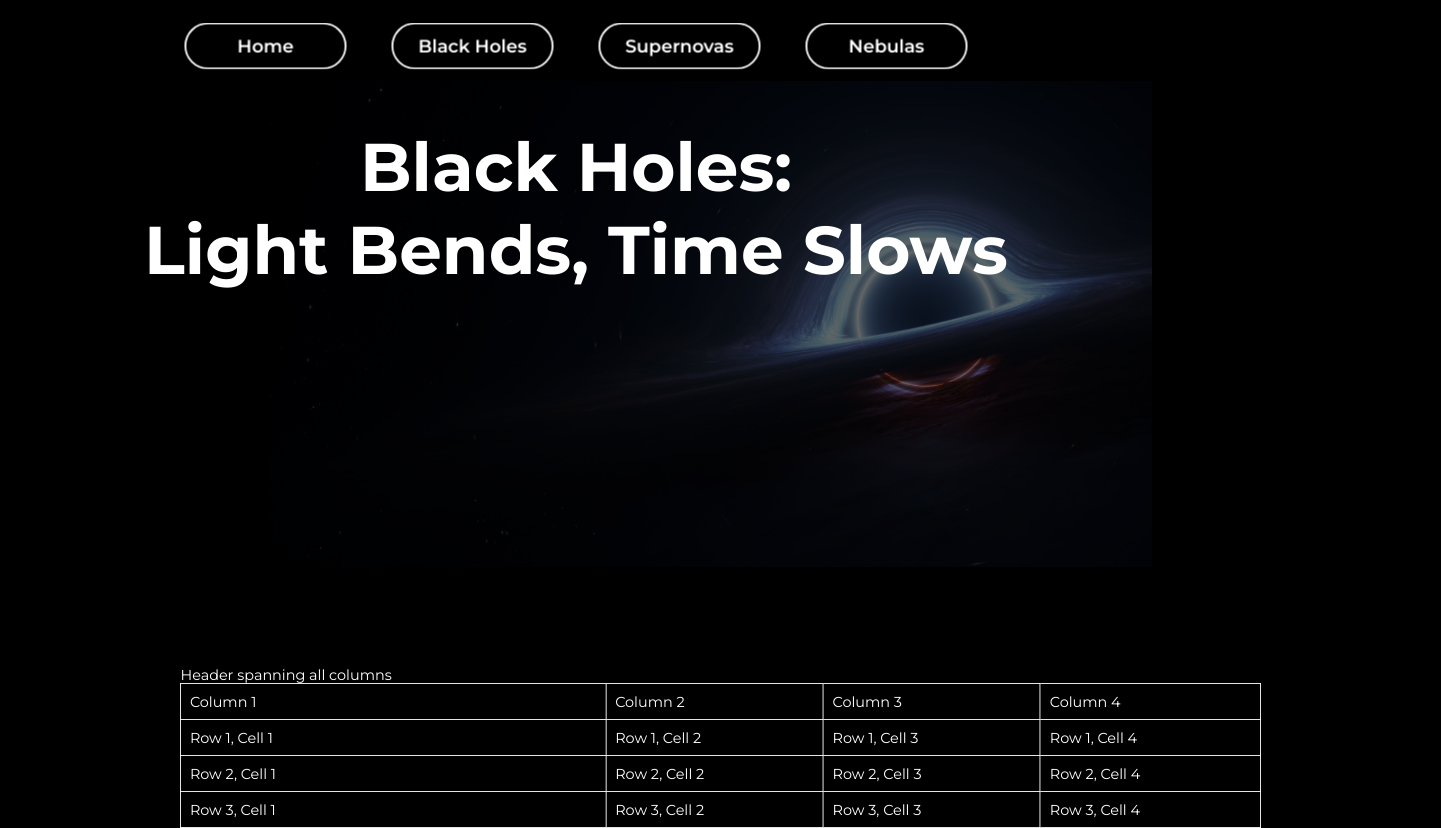
Repository: english-only/Space-Website
Page: black_hole.html
These files come from the project's save history. The page is drawn as it stood at one moment and after the next save; the edit follows.
The browser window is 1280 px wide. The page is 1401 px wide, then 1601 px, so the pictures cover 1601 px, including what lies to the right of the window. The pictures show the whole page, at 90% of full size.
Backgrounds fixed to the window are drawn as part of the page.

Above is the page before, as saved 2024-12-16 09:54:41.

### black_hole.html
<!DOCTYPE html>
<html lang="en">
  <head>
    <meta charset="utf-8" />
    <meta http-equiv="X-UA-Compatible" content="IE=edge" />
    <title>Welcome to Space</title>
    <meta name="viewport" content="width=device-width, initial-scale=1" />
    <link rel="stylesheet" type="text/css" media="screen" href="main.css" />
  </head>
  <body>
    <div class="background-2 fade-in"></div>
    <div class="wrapper fade-in">
      <nav class="navbar fade-in">
        <a href="index.html"
          ><button class="nav-button fade-in">Home</button></a
        >
        <a href="black_hole.html"
          ><button class="nav-button fade-in">Black Holes</button></a
        >
        <a href="supernovas.html"
          ><button class="nav-button fade-in">Supernovas</button></a
        >
        <a href="nebulas.html"
          ><button class="nav-button fade-in">Nebulas</button></a
        >
      </nav>
      <div class="page-2-hero fade-in">
        <h2>Black Holes:<br />Light Bends, Time Slows</h2>
      </div>
    </div>
    <div class="table">
      <div class="row">
        <div class="span-all">Header spanning all columns</div>
      </div>
      <div class="row">
        <div class="cell header">Column 1</div>
        <div class="cell header">Column 2</div>
        <div class="cell header">Column 3</div>
        <div class="cell header">Column 4</div>
      </div>
      <div class="row">
        <div class="cell">Row 1, Cell 1</div>
        <div class="cell">Row 1, Cell 2</div>
        <div class="cell">Row 1, Cell 3</div>
        <div class="cell">Row 1, Cell 4</div>
      </div>
      <div class="row">
        <div class="cell">Row 2, Cell 1</div>
        <div class="cell">Row 2, Cell 2</div>
        <div class="cell">Row 2, Cell 3</div>
        <div class="cell">Row 2, Cell 4</div>
      </div>
      <div class="row">
        <div class="cell">Row 3, Cell 1</div>
        <div class="cell">Row 3, Cell 2</div>
        <div class="cell">Row 3, Cell 3</div>
        <div class="cell">Row 3, Cell 4</div>
      </div>
    </div>
  </body>
</html>

### main.css
@import url('https://fonts.googleapis.com/css2?family=Montserrat:ital,wght@0,100..900;1,100..900&display=swap');
@keyframes fadeIn {
  from {
    opacity: 0;
  }
  to {
    opacity: 1;
  }
}

/* Fade-in class to be used on elements */
.fade-in {
  opacity: 0; /* Start invisible */
  animation: fadeIn 1s ease-in forwards; /* Apply fade-in animation */
}
body,
html {
  /* Ensure the body and html take full height */
  height: 100%;
  margin: 0;
  font-family: 'Montserrat';
  font-weight: 400;
  color: white;
}

body {
  /* Set a fallback background color */
  background-color: black;
}

.background {
  background-attachment: fixed;
  background-image: url('essay-gettyimages-1237093074.webp');
  background-size: cover;
  background-position: center;
  background-repeat: no-repeat;
  position: fixed; /* Keep background fixed while scrolling */
  height: 100vh;
  width: 100%;
  filter: brightness(25%);
  top: 0;
  left: 0;
  z-index: -10;
}

.wrapper {
  display: flex;
  flex-direction: column;
  justify-content: flex-start; /* Align items to the top */
  align-items: center; /* Center items horizontally */
  height: 100vh;
  position: relative;
  padding-top: 20px;
  opacity: 0; /* Start invisible */
  animation: fadeIn 0.5s ease-in forwards; /* Apply fade-in animation */
}

.navbar {
  display: flex;
  gap: 50px;
  margin-top: 5px; /* Adjust as needed for spacing from the top */
}

.nav-button {
  padding: 12px 20px;
  border: 2px solid white;
  background-color: rgba(0, 0, 0, 0.5);
  color: white;
  font-size: 16px;
  cursor: pointer;
  transition: background-color 0.3s, color 0.3s;
  font-family: 'Red Hat Display';
  font-weight: 600;
  font-size: 20px;
  width: 180px;
  border-radius: 800px;
  font-family: Montserrat;
}

.nav-button:hover {
  background-color: white;
  color: black;
}

.hero-text {
  color: white;
  font-size: 50px;
  font-weight: 700;
  text-align: center;
  padding: 0; /* Remove padding to minimize hover area */
  display: inline-block; /* Restrict hover area to text content */
  transition: text-shadow 0.3s ease-in-out, transform 0.3s ease-in-out; /* Smooth transition */
}

.hero-text:hover {
  text-shadow: 3px 4px 3px rgba(255, 255, 255, 0.7); /* White shadow */
  transform: translateY(-10px); /* Raised effect */
}

@keyframes fadeInOut {
  0% {
    opacity: 0.5;
  }
  50% {
    opacity: 1;
  }
  100% {
    opacity: 0.5;
  }
}

.card-wrapper {
  display: flex;
  flex-direction: column; /* Stack cards vertically */
  align-items: center; /* Center cards horizontally */
  margin-top: 50px; /* Adjusts space from the top */
}

.row {
  display: flex;
  gap: 650px; /* Space between the cards */
  justify-content: center; /* Center the row */
  align-items: flex-start; /* Align cards to the top */
}

.black_hole {
  margin-left: -100px; /* Move the Black Holes card to the left */
  width: 500px;
}

.black_hole a {
  margin-left: 110px;
}

.cards {
  font-size: 25px;
  color: white;
  margin-left: 20px; /* Adds space to the left */
  box-sizing: border-box;
  position: relative;
  top: -450px; /* Moves the element upwards */
  margin-left: -20px;
  text-align: center;
}

.cards a {
  color: white;
  text-decoration: none;
  border: white 2px solid;
  display: inline-block;
  text-align: center;
  box-sizing: border-box;
  padding: 6px 20px;
  line-height: normal;
  transition: text-shadow 0.3s ease-in-out, transform 0.3s ease-in-out,
    background-color 0.3s ease-in-out, color 0.3s ease-in-out;
  border-radius: 600px;
}

.cards a:hover {
  text-shadow: 2px 2px 5px rgba(255, 255, 255, 0.7);
  transform: translateY(-5px);
  background-color: rgb(223, 223, 223);
  color: black;
}

.cards a h3 {
  margin: 0;
  padding: 0;
}

.cards p {
  margin-top: 15px;
  width: 600px; /* Adjust width to fit within card */
}

.cards p:hover {
  text-shadow: 2px 2px 5px rgba(255, 255, 255, 0.6);
  transform: translateY(-5px);
  transition: text-shadow 0.3s ease-in-out, transform 0.3s ease-in-out;
}

.nebula-card {
  margin-top: 100px;
}

.nebula-card a {
  justify-content: center;
  align-items: center;
  margin-left: 40px;
}

.nebula-card p {
  text-align: left;
  text-wrap: pretty;
  text-align: left; /* Align text to the left */
  width: 100%; /* Ensure the card takes the full width */
  margin-left: 100px;
  margin-right: 200px;
  max-width: 1750px;
  text-align: center; /* Align text to the center */
}

.videos {
  margin-top: -190px; /* Adjust the space below the Nebula card */
  text-align: center;
  width: 100%; /* Ensure it takes the full width */
  text-decoration: underline;
}

.videos h2 {
  position: relative; /* Ensure the text is positioned in normal flow */
  z-index: 1; /* Make sure it's above other content */
  pointer-events: auto; /* Allow text selection */
  overflow: visible; /* Ensure text is not clipped */
}

.video-links {
  display: grid;
  grid-template-columns: repeat(3, 400px); /* 3 columns, each 400px wide */
  grid-template-rows: repeat(2, 400px); /* 3 rows, each 400px tall */
  gap: 100px; /* Space between grid items */
  justify-content: center; /* Center the grid horizontally within the container */
  align-items: center; /* Center the grid items vertically */
  margin-top: -120px; /* Space above the grid (adjust this to decrease the gap) */
  margin-left: 160px;
}

.button-container {
  display: contents; /* Ensure buttons are placed directly in the grid */
}

.button-container a {
  display: block; /* Ensure buttons occupy full width of their grid cell */
  width: 200px; /* Full width of the grid cell */
  text-align: center;
  color: white;
  font-size: 20px;
  text-decoration: none; /* Remove underline */
  border: 2px solid white;
  padding: 8px 12px;
  border-radius: 600px;
  height: 30px;
  transition: background-color 0.3s, color 0.3s;
  margin-bottom: 10px; /* Decrease the space between the buttons and the text below */
}

.button-container a:hover {
  background-color: white;
  color: black;
  text-decoration: underline;
  font-weight: 500;
}

.images {
  display: contents; /* Ensure images are placed directly in the grid */
}

.black-hole-image,
.supernova-image,
.nebula-image {
  width: 100%; /* Full width of the grid cell */
  border: 2px solid white;
  border-radius: 20px;
  margin-top: -630px; /* Decrease the space between the images and the buttons above */
  margin-left: -10px;
}

.black-hole-image {
  width: 100%; /* Full width of the grid cell */
  border: 2px solid white;
  border-radius: 20px;
  margin-top: -630px; /* Decrease the space between the images and the buttons above */
  margin-left: -95px;
}

.supernova-image {
  width: 100%; /* Full width of the grid cell */
  border: 2px solid white;
  border-radius: 20px;
  margin-top: -630px; /* Decrease the space between the images and the buttons above */
  margin-left: -95px;
}

.nebula-image {
  height: 270px;
  width: auto;
  border: 2px solid white;
  border-radius: 20px;
  margin-top: -630px; /* Decrease the space between the images and the buttons above */
  margin-left: -125px;
}

/* page 2 from below */
.background-2 {
  background-attachment: fixed;
  background-image: url('thumb-1920-1346075.png');
  background-size: contain;
  background-position: 300px;
  background-repeat: no-repeat;
  position: fixed; /* Keep background fixed while scrolling */
  height: 100vh;
  width: 100%;
  filter: brightness(40%);
  z-index: -1; /* Place the background behind other content */
}

.page-2-hero {
  color: white;
  font-size: 50px;
  font-weight: 700;
  text-align: center;
  padding: 0; /* Remove padding to minimize hover area */
  display: inline-block; /* Restrict hover area to text content */
  transition: text-shadow 0.3s ease-in-out, transform 0.3s ease-in-out; /* Smooth transition */
}

.page-2-hero:hover {
  text-shadow: 3px 4px 3px rgba(255, 255, 255, 0.7); /* White shadow */
  transform: translateY(-10px); /* Raised effect */
}
/* table */
.table {
  display: table;
  width: 1200px;
  border-collapse: collapse;
  margin-left: 200px;
}

.header-row {
  display: table-row;
}

.header-cell {
  display: table-cell;
  background-color: #f0f0f0;
  text-align: center;
  font-weight: bold;
  padding: 10px;
  border: 3px solid #000;
  grid-column: 1 / -1; /* Spans all columns */
  column-span: all;
}

.row {
  display: table-row;
}

.cell {
  display: table-cell;
  border: 1px solid #ffffff;
  padding: 10px;
}

@keyframes fadeIn {
  from {
    opacity: 0;
  }
  to {
    opacity: 1;
  }
}

After the next save:
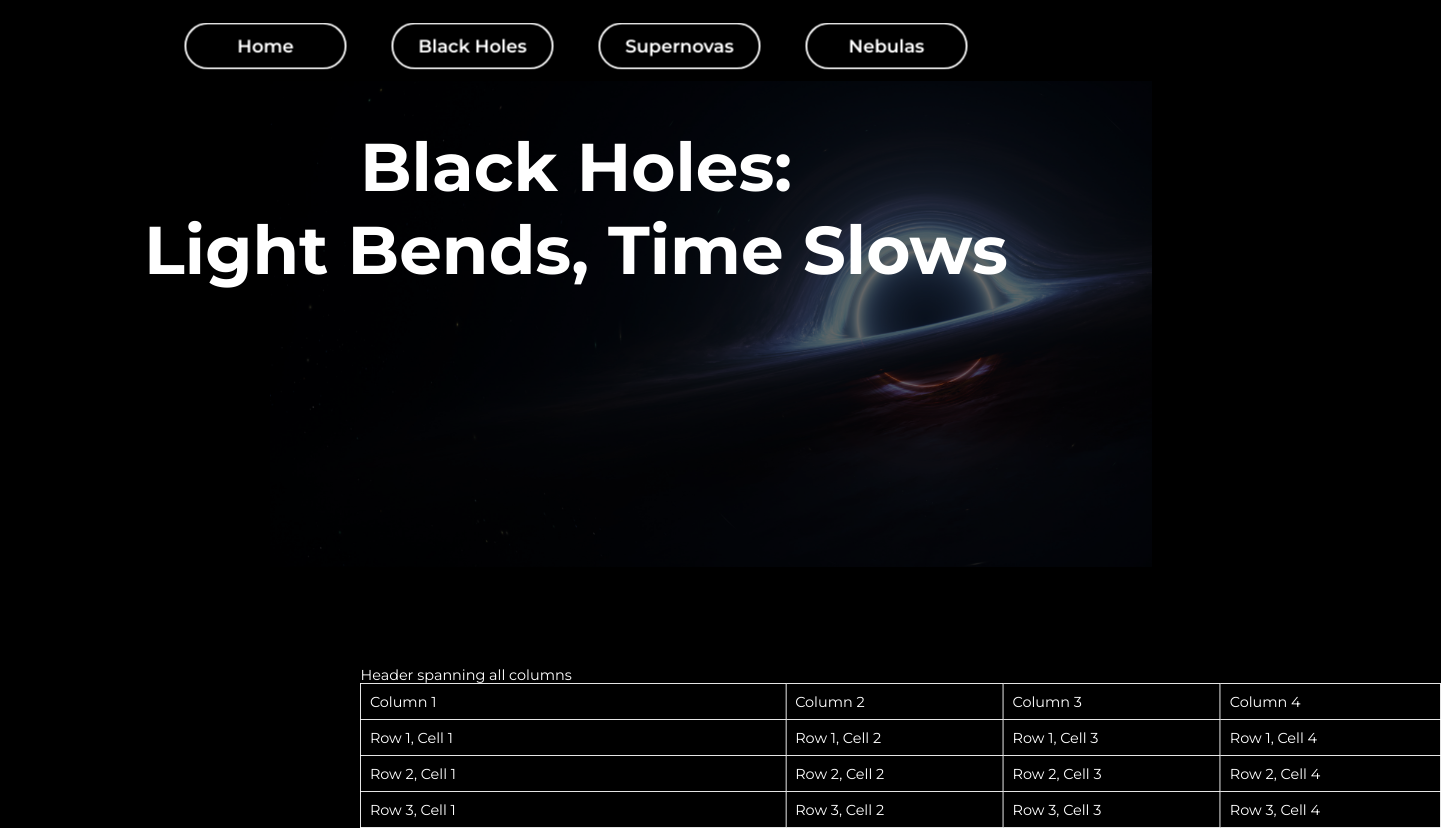
Saved 13 s later.
--- a/main.css
+++ b/main.css
@@ -324,7 +324,7 @@ body {
   display: table;
   width: 1200px;
   border-collapse: collapse;
-  margin-left: 200px;
+  margin-left: 400px;
 }
 
 .header-row {
